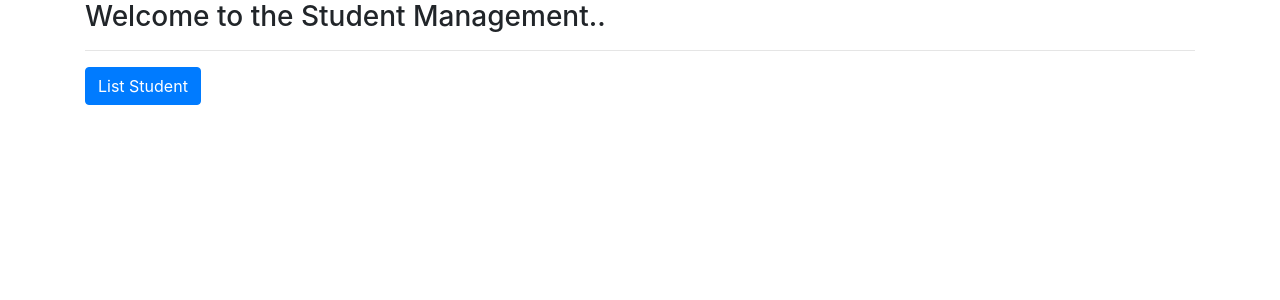
Repository: bhupendraJanghel/myFristRepo
Page: 01-Thymeleaf-student/src/main/resources/static/index.html
An editor plug-in stored every save of this project. The page is shown before and after the next save, followed by the edit.
The browser window is 1280 px wide. The pictures show the whole page.

Above is the page before, as saved 2019-07-10 06:51:01.

### 01-Thymeleaf-student/src/main/resources/static/index.html
<!DOCTYPE html>
<html xmlns:th="http://www.thymeleaf.org">
<!-- Required meta tags -->
<meta charset="utf-8">
<meta name="viewport"
	content="width=device-width, initial-scale=1, shrink-to-fit=no">

<!-- Bootstrap CSS -->
<link rel="stylesheet"
	href="https://stackpath.bootstrapcdn.com/bootstrap/4.3.1/css/bootstrap.min.css"
	integrity="sha384-ggOyR0iXCbMQv3Xipma34MD+dH/1fQ784/j6cY/iJTQUOhcWr7x9JvoRxT2MZw1T"
	crossorigin="anonymous">

<head>
<meta charset="ISO-8859-1">
<title>Insert title here</title>
</head>
<body >
<div class="container">
<h3>Welcome to the Student Management..</h3><hr>
<a class="btn btn-primary" href="student/list">List Student</a></div>
</body>
</html>

After the next save:
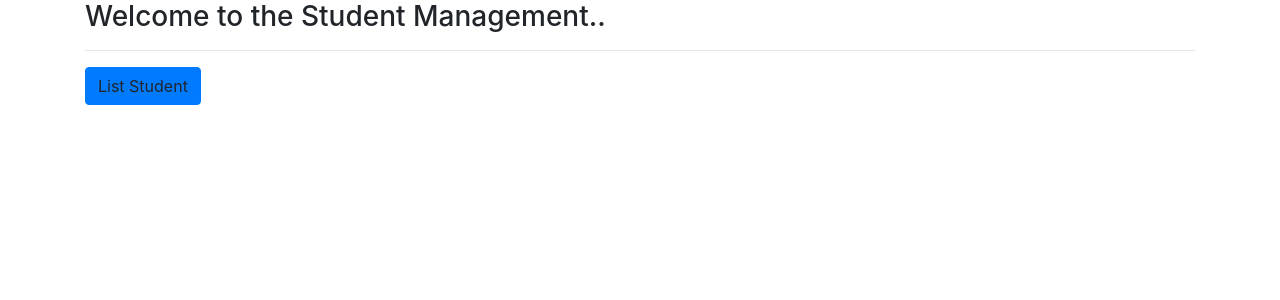
Saved 72 s later.
--- a/01-Thymeleaf-student/src/main/resources/static/index.html
+++ b/01-Thymeleaf-student/src/main/resources/static/index.html
@@ -1,5 +1,5 @@
 <!DOCTYPE html>
-<html xmlns:th="http://www.thymeleaf.org">
+<html xmlns:bp="http://www.thymeleaf.org">
 <!-- Required meta tags -->
 <meta charset="utf-8">
 <meta name="viewport"
@@ -18,6 +18,6 @@
 <body >
 <div class="container">
 <h3>Welcome to the Student Management..</h3><hr>
-<a class="btn btn-primary" href="student/list">List Student</a></div>
+<a class="btn btn-primary" bp:href="@{/student/list}">List Student</a></div>
 </body>
 </html>

After the save that followed:
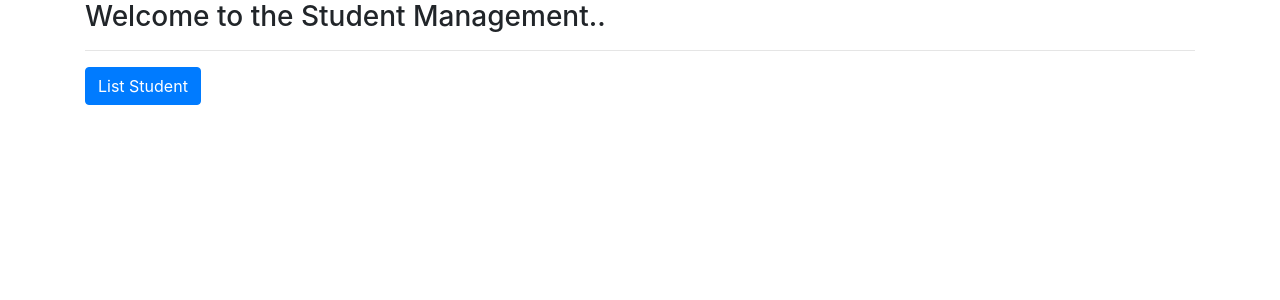
Saved 26 s later.
--- a/01-Thymeleaf-student/src/main/resources/static/index.html
+++ b/01-Thymeleaf-student/src/main/resources/static/index.html
@@ -1,5 +1,5 @@
 <!DOCTYPE html>
-<html xmlns:bp="http://www.thymeleaf.org">
+<html xmlns:th="http://www.thymeleaf.org">
 <!-- Required meta tags -->
 <meta charset="utf-8">
 <meta name="viewport"
@@ -18,6 +18,6 @@
 <body >
 <div class="container">
 <h3>Welcome to the Student Management..</h3><hr>
-<a class="btn btn-primary" bp:href="@{/student/list}">List Student</a></div>
+<a class="btn btn-primary" href="student/list">List Student</a></div>
 </body>
 </html>
